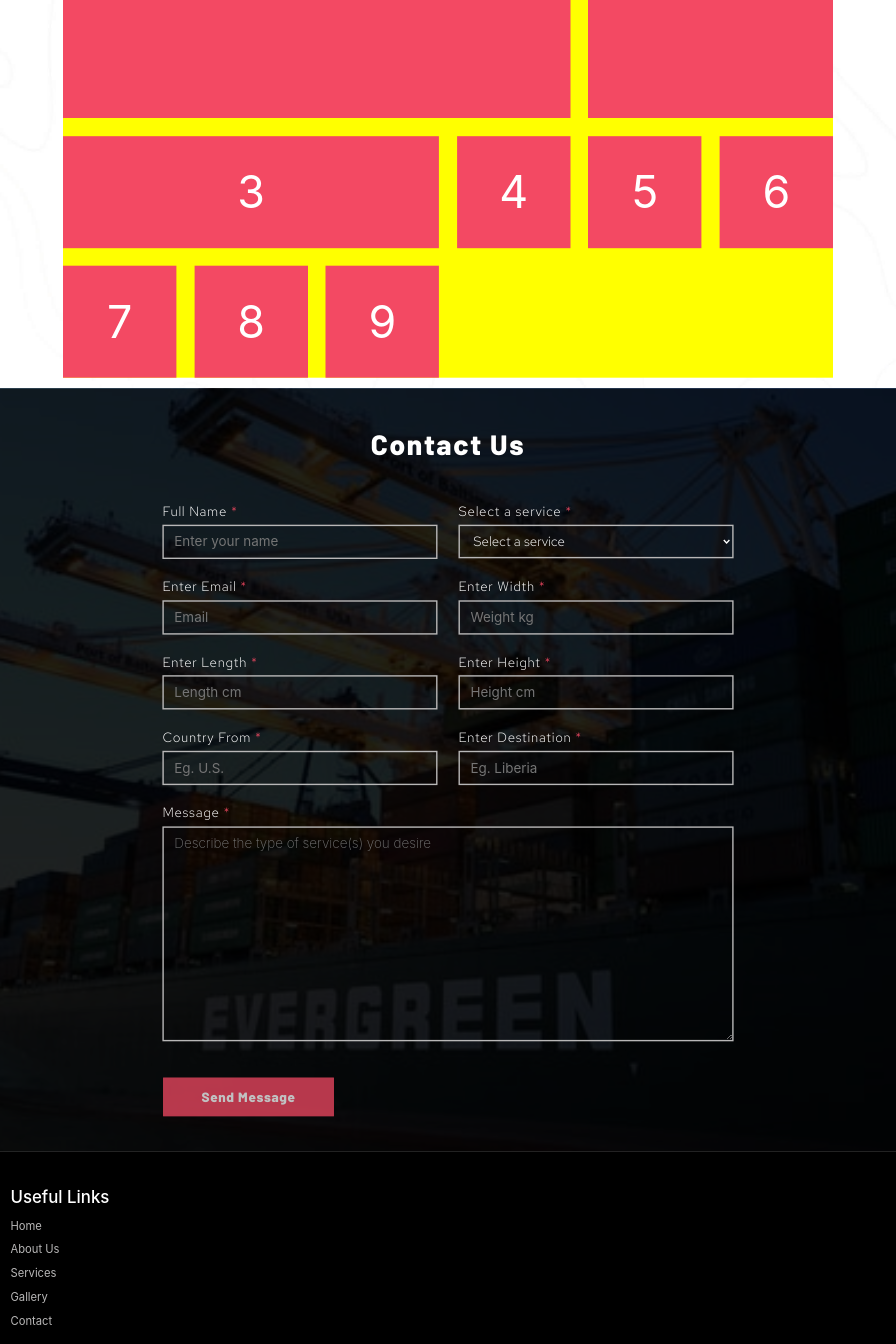
Repository: just-mann/express-delivery
Page: index.html
The author's editor kept a copy of each file at every save. The page is drawn from the files as they stood at one save, then again after the next save.
The browser window is 1280 px wide. The pictures show the part of the page from y = 3172 to 5092 px (the page is 5633 px tall before and 5447 px after), at 70% of full size.
Some web libraries are served in a nearby version. The style sheet was rebuilt from its Sass, Less or Tailwind sources for each picture, by a compiler version that may differ from the author's.

Above is the page before, as saved 2021-07-08 02:05:51.

### index.html
<!DOCTYPE html>
<html lang="en">
    <head>
        <meta charset="UTF-8">
        <meta http-equiv="X-UA-Compatible" content="IE=edge">
        <meta name="viewport" content="width=device-width, initial-scale=1.0">
        <meta name="author" content="Justin Kollie">
        <meta name="description" content="Reliable shipping solutions across the U.S.">
        <link rel="stylesheet" href="/css/style.css">
        <link rel="stylesheet" href="https://unpkg.com/aos@next/dist/aos.css" />
        <link rel="stylesheet" href="https://cdnjs.cloudflare.com/ajax/libs/font-awesome/5.15.3/css/all.min.css" referrerpolicy="no-referrer" />
        <script src="https://ajax.googleapis.com/ajax/libs/jquery/2.1.1/jquery.min.js"></script>
        <title>Express Delivery | Your Trusted Delivery System</title>
    </head>
    <body id="top">
        <div id="preloader" class="preloader">
            <div class="spinner-border" role="status">
                <span class="sr-only"></span>
            </div>
        </div>
        <header>
            <div class="top-section">
                <div>
                    <p><i class="fas fa-headphones"></i> 401 123 4567</p>
                    <p class="emailAdd"><i class="fas fa-envelope"></i> expressdelivery@email.com</p>
                    <p><i class="fas fa-map-marker-alt"></i> Providence, RI</p>
                </div>
            </div>
            <nav>
                <a href="#" class="logo"><span>Express</span>Delivery</a>
                <div class="nav__links">
                    <a href="#">Home</a>
                    <a href="#services">Services</a>
                    <a href="#aboutUs">About</a>
                    <a href="#gallery">Gallery</a>
                    <a class="quoteGet" href="#contact-us">Contact</a>
                </div>
                <i class="fas fa-bars menuBars"></i>
            </nav>
            <div class="side__nav__links">
                <i class="fas fa-times closeBtn"></i>
                <a href="#" class="homeBtn">Home</a>
                <a href="#services" class="servicesBtn">Services</a>
                <a href="#aboutUs" class="aboutBtn">About</a>
                <a href="#gallery">Gallery</a>
                <a class="quoteGet" href="#contact-us">Contact</a>
            </div>
            <section class="hero__div mb-3">
                <div class="hero__section">
                    <div class="hero__overlay">
                        <h2>Express Delivery</h2>
                        <p class="firstPara">
                            Lorem ipsum dolor sit amet, consectetur
                            adipisicing elit. Quam cupiditate aliquam
                            mollitia perferendis? Dignissimos, ad?
                        </p>
                        <!-- <p class="secondPara">Lorem ipsum dolor sit amet.</p> -->
                        <a href="#services">Learn More</a>
                    </div>
                </div>
            </section>
        </header>
        <section class="product__description my-2" id="services">
            <h1>What We Offer</h1>
            <div class="servDiv">
                <div class="servCard my-4">
                    <div class="detDiv pl-0">
                        <h3>Delivery</h3>
                        <p>Lorem ipsum dolor sit amet consectetur,
                            adipisicing elit. Sunt repellat dignissimos
                            tempora velit magnam, fuga nam quasi impedit
                            cum temporibus quod nihil sapiente! </p>
                        <a href="#contact-us">Take me there</a>
                    </div>
                    <div class="imgDiv">
                        <img src="/images/boxes.jpg" alt="boxes">
                    </div>
                </div>
                <div class="servCard my-4">
                    <div class="imgDiv order">
                        <img src="/images/container_ship.jpg" alt="container">
                    </div>
                    <div class="detDiv">
                        <h3 class="mb-3">Shipping</h3>
                        <p>
                            Lorem ipsum dolor sit amet consectetur, adipisicing elit.
                            Sunt repellat dignissimos tempora velit magnam, fuga nam quasi
                            impedit cum temporibus quod nihil sapiente!
                        </p>
                        <a href="#contact-us">Take me there</a>
                    </div>
                </div>
                <div class="servCard my-4">
                    <div class="detDiv pl-0">
                        <h3 class="mb-sm-3 mb-xs-3">Heading</h3>
                        <p>
                            Lorem ipsum dolor sit amet consectetur, adipisicing elit.
                            Sunt repellat dignissimos tempora velit magnam, fuga nam quasi
                            impedit cum temporibus quod nihil sapiente!
                        </p>
                        <a href="#contact-us">Take me there</a>
                    </div>
                    <div class="imgDiv">
                        <img src="/images/container__contact.jpg" alt="shipping">
                    </div>
                </div>
            </div>
        </section>
        <section class="aboutUs" id="aboutUs">
            <h1>About Us</h1>
            <p class="par">
                Lorem ipsum dolor sit amet consectetur adipisicing elit.
                Repellat consectetur alias sed dolores aspernatur asperiores!
            </p>
            <div class="about__div">
                <div class="cardDiv my-2">
                    <div class="imgDiv">
                        <img src="/images/shipping.jpg" alt="img1">
                    </div>
                    <div class="desDiv">
                        <h2>5+ Years</h2>
                        <p>
                            Lorem ipsum dolor sit amet, consectetur
                            adipisicing elit. Explicabo laboriosam.
                        </p>
                        <h2>2+ Years</h2>
                        <p>
                            Lorem ipsum dolor sit amet, consectetur
                            adipisicing elit. Explicabo laboriosam.
                        </p>
                        <h2>4+ Years</h2>
                        <p>
                            Lorem ipsum dolor sit amet, consectetur
                            adipisicing elit. Explicabo laboriosam.
                        </p>
                    </div>
                </div>
            </div>
        </section>
        <section class="gallery" id="gallery">
            <h3>Express Delivery Gallery</h3>
            <div class="gallery__div">
                <div>1</div>
                <div>2</div>
                <div>3</div>
                <div>4</div>
                <div>5</div>
                <div>6</div>
                <div>7</div>
                <div>8</div>
                <div>9</div>
            </div>
        </section>
        <section class="contact" id="contact-us">
            <div class="contact__overlay px-0">
                <h3>Contact Us</h3>
                <form action="">
                    <div class="row w-100 mx-0 px-0">
                        <div class="col-lg-6">
                            <label for="fullName">Full Name</label>
                            <input type="text" name="fullName" id="fullName" class="w-100" placeholder="Enter your name"></input>
                        </div>
                        <div class="col-lg-6">
                            <label for="service-required">Select a service</label>
                            <select name="service-required" id="serviceRequired" class="w-100">
                                <option value="service1">Select a service</option>
                                <option value="service1">Service 1</option>
                                <option value="service2">Service 2</option>
                                <option value="service3">Service 3</option>
                                <option value="service4">Service 4</option>
                            </select>
                        </div>
                    </div>
                    <div class="row w-100 mx-0 px-0">
                        <div class="emailDiv col-lg-6">
                            <label for="email">Enter Email</label>
                            <input type="email" name="email" id="email" placeholder="Email">
                        </div>
                        <div class="weightDiv col-lg-6">
                            <label for="weight">Enter Width</label>
                            <input type="number" name="weight" id="weight" placeholder="Weight kg">
                        </div>
                    </div>
                    <div class="row w-100 mx-0 px-0">
                        <di class="lengthDiv  col-lg-6">
                            <label for="length">Enter Length</label>
                            <input type="number" placeholder="Length cm">
                        </di w-100v>
                        <div class="heightDiv col-lg-6">
                            <label for="height">Enter Height</label>
                            <input type="number" placeholder="Height cm">
                        </div>
                    </div>
                    <div class="row w-100 mx-0 px-0">
                        <div class="countryFromDiv col-lg-6">
                            <label for="from">Country From</label>
                            <input type="text" name="country-from" id="country-from" placeholder="Eg. U.S.">
                        </div>
                        <div class="countryToDiv col-lg-6">
                            <label for="fname">Enter Destination</label>
                            <input type="text" name="country-to" id="country-to" placeholder="Eg. Liberia">
                        </div>
                    </div>
                    <div class="row w-100 mx-0 px-0">
                        <div class="col-lg-12 w-100">
                            <label for="message">Message</label>
                            <textarea name="message" id="message" cols="30" rows="10" class="w-100" placeholder="Describe the type of service(s) you desire"></textarea>
                        </div>
                    </div>
                    <div class="p-3">
                        <input type="submit" value="Send Message">
                    </div>
                </form>
            </div>
        </section>
        <section class="footer">
            <div class="top__section">

                <div class="usefulLinks">
                    <h4>Useful Links</h4>
                    <a href="#">Home</a>
                    <a href="#aboutUs">About Us</a>
                    <a href="#services">Services</a>
                    <a href="#gallery">Gallery</a>
                    <a href="#contact-us">Contact</a>
                </div>

                <div class="usefulLinks">
                    <h4>Useful Links</h4>
                    <a href="#">Home</a>
                    <a href="#aboutUs">About Us</a>
                    <a href="#services">Services</a>
                    <a href="#gallery">Gallery</a>
                    <a href="#contact-us">Contact</a>
                </div>

                <div class="usefulLinks">
                    <h4>Useful Links</h4>
                    <a href="#">Home</a>
                    <a href="#aboutUs">About Us</a>
                    <a href="#services">Services</a>
                    <a href="#gallery">Gallery</a>
                    <a href="#contact-us">Contact</a>
                </div>
            </div>
        </section>
        <div class="bottom__section">
            <p><span>Express</span>Delivery &copy <span class="currentYear"></span></p>
        </div>
        <span class="page__up__arrow"><i class="fas fa-level-up-alt"></i></span>
        <!-- Optional JS -->
        <script src="/JS/script.js"></script>
        <!-- Bootstrap Slider -->
        <script src="https://cdnjs.cloudflare.com/ajax/libs/bootstrap-slider/11.0.2/bootstrap-slider.min.js" integrity="sha512-f0VlzJbcEB6KiW8ZVtL+5HWPDyW1+nJEjguZ5IVnSQkvZbwBt2RfCBY0CBO1PsMAqxxrG4Di6TfsCPP3ZRwKpA==" crossorigin="anonymous" referrerpolicy="no-referrer"></script>
        <!-- Bootstrap -->
        <!-- Latest compiled and minified CSS -->
        <link rel="stylesheet" href="https://maxcdn.bootstrapcdn.com/bootstrap/4.5.2/css/bootstrap.min.css">

        <!-- jQuery library -->
        <script src="https://ajax.googleapis.com/ajax/libs/jquery/3.5.1/jquery.min.js"></script>

        <!-- Popper JS -->
        <script src="https://cdnjs.cloudflare.com/ajax/libs/popper.js/1.16.0/umd/popper.min.js"></script>

        <!-- Latest compiled JavaScript -->
        <script src="https://maxcdn.bootstrapcdn.com/bootstrap/4.5.2/js/bootstrap.min.js"></script>
        <!-- JQuery -->
        <script src="https://cdnjs.cloudflare.com/ajax/libs/jquery/3.6.0/jquery.min.js" referrerpolicy="no-referrer"></script>
        <script src="https://unpkg.com/aos@next/dist/aos.js"></script>
    <script>
        AOS.init({
            delay: 50,
            easing: 'ease-in-out',
            offset: 400,
            duration: 300,
        });
    </script>
    </body>
</html>

### Sass/default__styles.scss
// Google Fonts
@import url('https://fonts.googleapis.com/css2?family=Abel&family=Dancing+Script:wght@300&family=Fredoka+One&family=Permanent+Marker&family=Red+Hat+Text:wght@300&family=Roboto:wght@100&family=Sacramento&display=swap');

// Barlow Font ===> Google Fonts
@import url('https://fonts.googleapis.com/css2?family=Barlow:wght@800&display=swap');



// Styles for items like buttons, links, lists, and colors, fonts, etc..

// Variables
$primary__color: #F34963;
$secondary__color: #560c88;
$light__white: #ffffff;
$dark__white: #b8b7b7;
$primary__font: 'Permanent Marker', cursive;
$secondary__font: 'Barlow';
$third__font: 'Red Hat Text', sans-serif;
$text__font: 'Roboto', sans-serif;








html {
    scroll-behavior: smooth;
}

a {
    text-decoration: none;
}

ul, li {
    list-style: none;
}

### Sass/responsive.scss
// @include responsive;

Loaded but not shown: Sass/reset.scss (common file); JS/script.js (65 lines, source omitted); Sass/style.scss (601 lines, source omitted); Sass/mixins.scss (412 lines, source omitted)

After the next save:
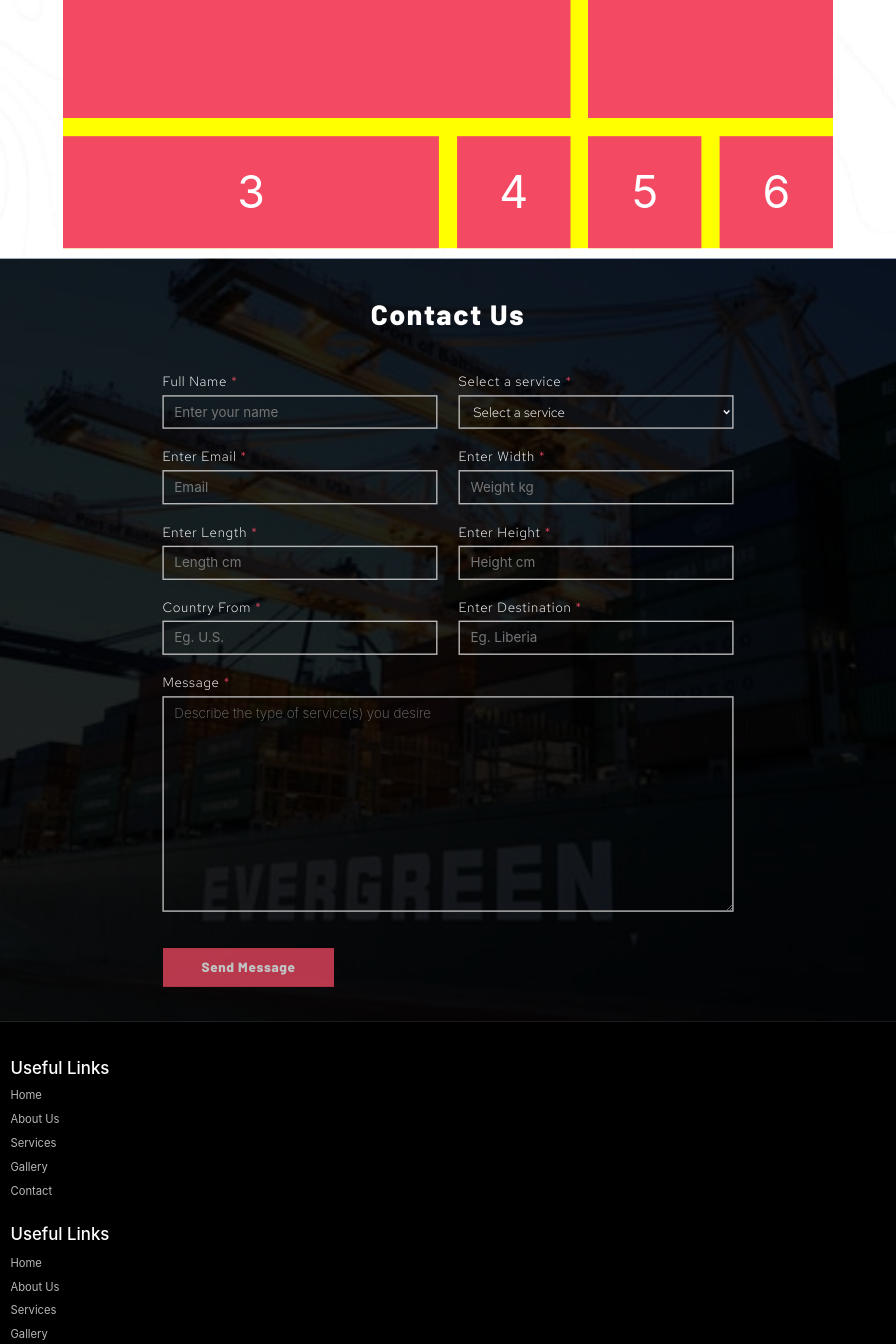
Saved 20 s later.
--- a/index.html
+++ b/index.html
@@ -146,9 +146,6 @@
                 <div>4</div>
                 <div>5</div>
                 <div>6</div>
-                <div>7</div>
-                <div>8</div>
-                <div>9</div>
             </div>
         </section>
         <section class="contact" id="contact-us">
